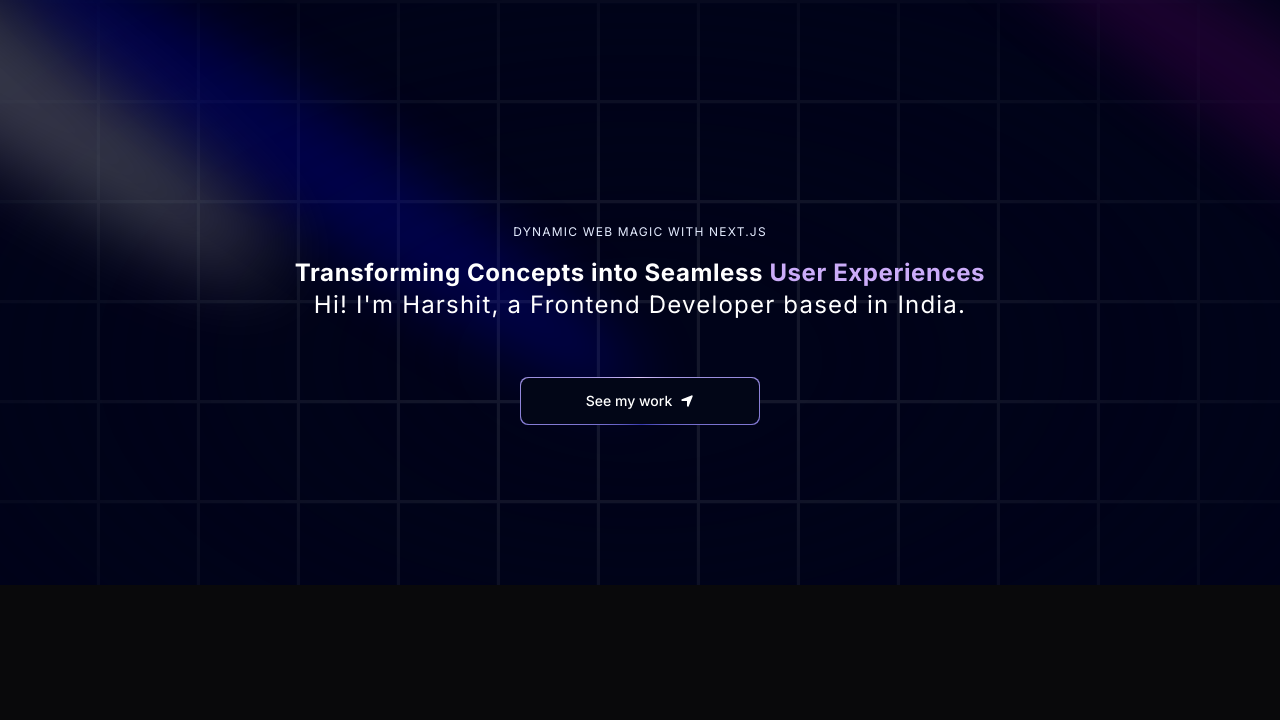
Repository: iharshitjaiswal/next_portfolio
Page: /
An editor plug-in stored every save of this project. The page is shown before and after the next save, followed by the edit.
The browser window is 1280 px wide. The pictures show the whole page.
The project was rebuilt for these pictures with package versions that can differ from the ones it lists, and the page was loaded fresh each time. The framework's server and built-in components were replaced by stand-ins that run in the browser. Also part of the build but not shown: next.config.mjs.

Above is the page before, as saved 2024-05-24 22:46:07.

After the next save:
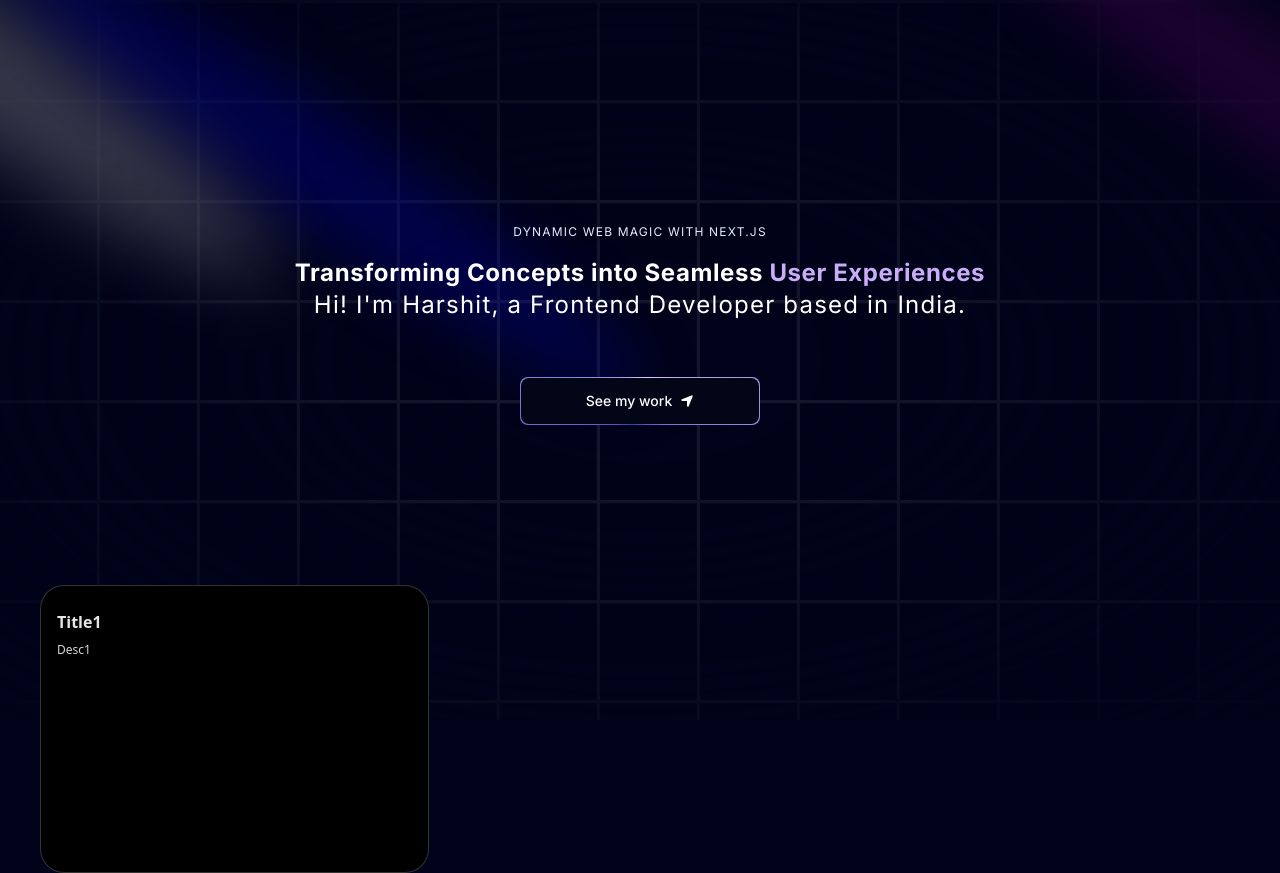
Saved 5 min 5 s later.
--- a/app/page.tsx
+++ b/app/page.tsx
@@ -1,4 +1,5 @@
 "use client";
+import Grid from "@/components/Grid";
 import Hero from "@/components/Hero";
 import { FloatingNav } from "@/components/ui/FloatingNav";
 import React from "react";
@@ -12,6 +13,7 @@
           navItems={[{ name: "Home", link: "/", icon: <FaHome /> }]}
         />
         <Hero />
+        <Grid />
       </div>
     </main>
   );
